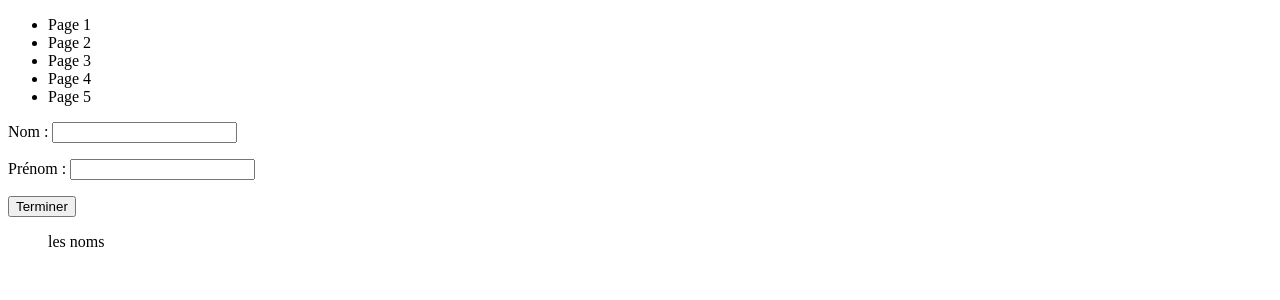
Repository: khadimniass/AppliTestJEE
Page: http://localhost/test/DB
The author's editor kept a copy of each file at every save. The page is drawn from the files as they stood at one save, then again after the next save.
The browser window is 1280 px wide. The pictures show the whole page.
The page is served by Tomcat 9. Other server files are loaded and not shown. Queries for data that is not in the repository find no rows.

Above is the page before, as saved 2020-07-04 20:38:03.

### test/WebContent/WEB-INF/BD.jsp
<%@ page pageEncoding="UTF-8" %>
<%@ taglib uri="http://java.sun.com/jsp/jstl/core" prefix="c" %>
<!DOCTYPE html>
<html>
<head>
<meta charset="utf-8" />
<title>Test</title>
</head>
<body>
    <%@include file="menu.jsp" %>

    <form method="post" action="DB">
        <p>
            <label for="nom">Nom : </label>
            <input type="text" name="nom" id="nom" />
        </p>
        <p>
            <label for="prenom">Prénom : </label>
            <input type="text" name="prenom" id="prenom" requere/>
        </p>

        <input type="submit" value="Terminer"/>
    </form>

    <ul>
    <p>les noms</p>
        <c:forEach var="utilisateur" items="${ utilisateurs }">
            <li><c:out value="${ utilisateur.prenom }" /> <c:out value="${ utilisateur.nom }" /></li>
        </c:forEach>
    </ul>
</body>
</html>

### test/WebContent/WEB-INF/menu.jsp
<%@ page language="java" contentType="text/html; charset=ISO-8859-1"
    pageEncoding="ISO-8859-1"%>
<ul>
	<li>Page 1</li>
	<li>Page 2</li>
	<li>Page 3</li>
	<li>Page 4</li>
	<li>Page 5</li>
</ul>

### test/src/com/octest/servelets/DB.java
package com.octest.servelets;

import java.io.IOException;
import javax.servlet.ServletException;
import javax.servlet.annotation.WebServlet;
import javax.servlet.http.HttpServlet;
import javax.servlet.http.HttpServletRequest;
import javax.servlet.http.HttpServletResponse;

import com.octest.bdb.Noms;
import com.octest.beans.Utilisateur;

@WebServlet("/DB")
public class DB extends HttpServlet {
	private static final long serialVersionUID = 1L;
    public DB() {
        super();
        // TODO Auto-generated constructor stub
    }

	protected void doGet(HttpServletRequest request, HttpServletResponse response) throws ServletException, IOException {
		Noms tableNoms= new Noms();
		request.setAttribute("utilisateurs", tableNoms.recupererUtilisateurs());
		this.getServletContext().getRequestDispatcher( "/WEB-INF/BD.jsp" ).forward( request, response );
	}

	protected void doPost(HttpServletRequest request, HttpServletResponse response) throws ServletException, IOException {
        Utilisateur utilisateur = new Utilisateur();
        utilisateur.setNom(request.getParameter("nom"));
        utilisateur.setPrenom(request.getParameter("prenom"));

        Noms tableNoms = new Noms();
        tableNoms.ajouterUtilisateur(utilisateur);

        request.setAttribute("utilisateurs", tableNoms.recupererUtilisateurs());


		this.getServletContext().getRequestDispatcher( "/WEB-INF/BD.jsp" ).forward( request, response );
	}

}

### test/src/com/octest/bdb/Noms.java
package com.octest.bdb;
import java.sql.Connection;
import java.sql.DriverManager;
import java.sql.ResultSet;
import java.sql.SQLException;
import java.sql.Statement;
import java.sql.PreparedStatement;
import java.util.ArrayList;
import java.util.List;

import com.octest.beans.Utilisateur;


public class Noms {
	private Connection connexion;
    public List<Utilisateur> recupererUtilisateurs() {
        List<Utilisateur> utilisateurs = new ArrayList<Utilisateur>();
        Statement statement = null;
        ResultSet resultat = null;

        loadDatabase();

        try {
            statement = connexion.createStatement();

            // Exécution de la requête
            resultat = statement.executeQuery("SELECT nom, prenom FROM noms;");

            // Récupération des données
            while (resultat.next()) {
                String nom = resultat.getString("nom");
                String prenom = resultat.getString("prenom");
                Utilisateur utilisateur = new Utilisateur();
                utilisateur.setNom(nom);
                utilisateur.setPrenom(prenom);

                //Ajouter un utilisateur
                utilisateurs.add(utilisateur);
            }
        } catch (SQLException e) {
        } finally {
            // Fermeture de la connexion
            try {
                if (resultat != null)
                    resultat.close();
                if (statement != null)
                    statement.close();
                if (connexion != null)
                    connexion.close();
            } catch (SQLException ignore) {
            }
        }

        return utilisateurs;
    }

    //Chargement de la base de donées pour l'appeler à chaque besoin
    private void loadDatabase() {
        // Chargement du driver
        try {
            Class.forName("com.mysql.jdbc.Driver");
        } catch (ClassNotFoundException e) {
        }

        try {
            connexion = DriverManager.getConnection("jdbc:mysql://localhost:3306/javaee", "root", "");
        } catch (SQLException e) {
            e.printStackTrace();
        }
    }



    public void ajouterUtilisateur(Utilisateur utilisateur) {
        loadDatabase();

        try {
        	//Requête préparée
            PreparedStatement preparedStatement = connexion.prepareStatement("INSERT INTO noms(nom, prenom) VALUES(?, ?);");
            //Le numéro correspond à la position du point d'interrogation Nom en 1,Prénom en 2
            preparedStatement.setString(1, utilisateur.getNom());
            preparedStatement.setString(2, utilisateur.getPrenom());
            //Modification de la base de donnée : à appeler à chaque modification de la base données
            preparedStatement.executeUpdate();
        } catch (SQLException e) {
            e.printStackTrace();
        }
    }
}

After the next save:
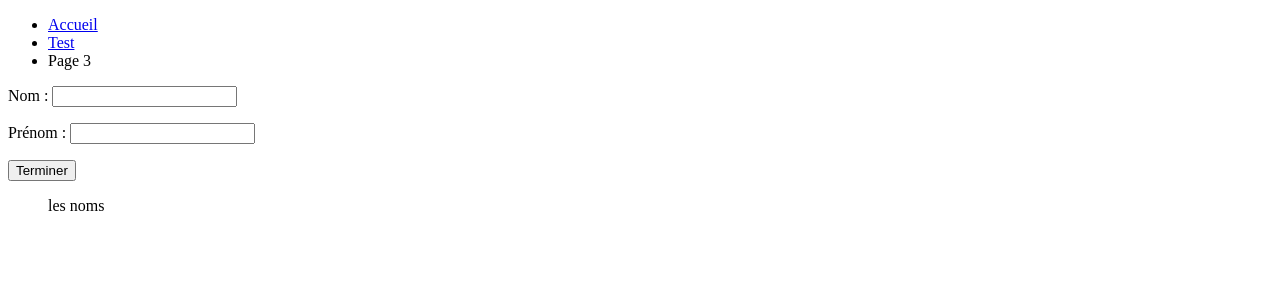
Saved 3 min 6 s later.
--- a/test/WebContent/WEB-INF/menu.jsp
+++ b/test/WebContent/WEB-INF/menu.jsp
@@ -1,9 +1,8 @@
 <%@ page language="java" contentType="text/html; charset=ISO-8859-1"
     pageEncoding="ISO-8859-1"%>
 <ul>
-	<li>Page 1</li>
-	<li>Page 2</li>
+	<li><a href="/Accueil">Accueil</a></li>
+	<li><a href="Test">Test</a></li>
 	<li>Page 3</li>
-	<li>Page 4</li>
-	<li>Page 5</li>
+
 </ul>
